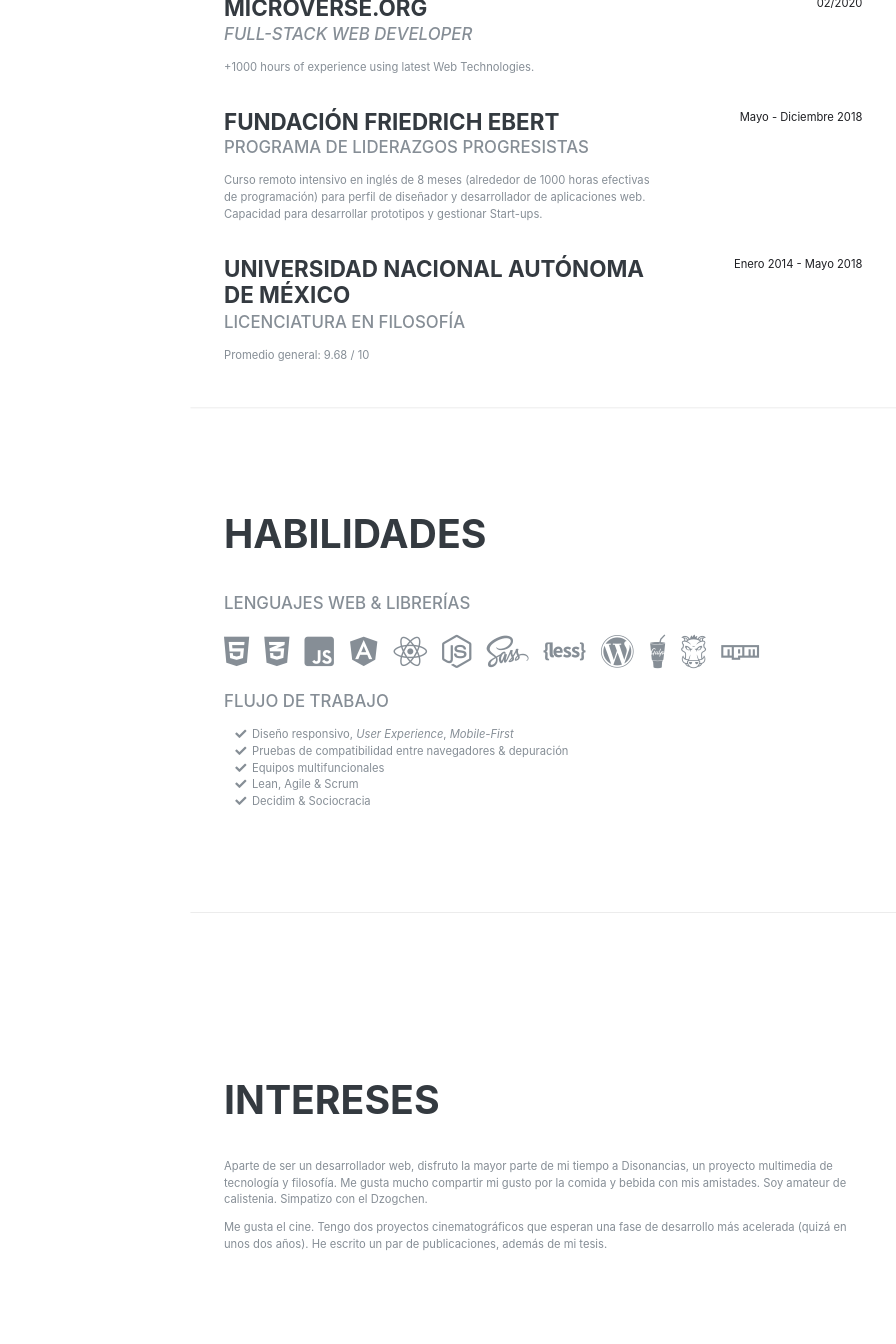
Repository: angel-mora/about-me
Page: en-index.html
The author's editor kept a copy of each file at every save. The page is drawn from the files as they stood at one save, then again after the next save.
The browser window is 1280 px wide. The pictures show the part of the page from y = 1613 to 3533 px (the page is 4358 px tall before and 4334 px after), at 70% of full size.
Some web fonts or font styles are not loaded; a fallback is used.

Above is the page before, as saved 2020-06-30 18:54:32.

### en-index.html
<!DOCTYPE html>
<html lang="es">

<head>

    <meta charset="utf-8">
    <meta name="viewport" content="width=device-width, initial-scale=1, shrink-to-fit=no">
    <meta name="description" content="">
    <meta name="author" content="">

    <title>Angel Moma</title>

    <!-- Bootstrap core CSS -->
    <link href="vendor/bootstrap/css/bootstrap.min.css" rel="stylesheet">

    <!-- Custom fonts for this template -->
    <link href="https://fonts.googleapis.com/css?family=Saira+Extra+Condensed:500,700" rel="stylesheet">
    <link href="https://fonts.googleapis.com/css?family=Muli:400,400i,800,800i" rel="stylesheet">
    <link href="vendor/fontawesome-free/css/all.min.css" rel="stylesheet">

    <!-- Custom styles for this template -->
    <link href="css/resume.min.css" rel="stylesheet">

</head>

<body id="page-top">

    <nav class="navbar navbar-expand-lg navbar-dark bg-primary fixed-top" id="sideNav">
        <a class="navbar-brand js-scroll-trigger" href="#page-top">
            <span class="d-block d-lg-none">ABOUT ME</span>
            <span class="d-none d-lg-block">
                <img class="img-fluid img-profile rounded-circle mx-auto mb-2" src="img/profile.jpg" alt="">
            </span>
        </a>
        <button class="navbar-toggler" type="button" data-toggle="collapse" data-target="#navbarSupportedContent" aria-controls="navbarSupportedContent" aria-expanded="false" aria-label="Toggle navigation">
            <span class="navbar-toggler-icon"></span>
        </button>
        <div class="collapse navbar-collapse" id="navbarSupportedContent">
            <ul class="navbar-nav">
                <li class="nav-item">
                    <a class="nav-link js-scroll-trigger" href="#about">About me</a>
                </li>
                <li class="nav-item">
                    <a class="nav-link js-scroll-trigger" href="#experience">Professional experience</a>
                </li>
                <li class="nav-item">
                    <a class="nav-link js-scroll-trigger" href="#education">Education</a>
                </li>
                <li class="nav-item">
                    <a class="nav-link js-scroll-trigger" href="#skills">Skills</a>
                </li>
                <li class="nav-item">
                    <a class="nav-link js-scroll-trigger" href="#interests">Interests</a>
                </li>
                <li class="nav-item">
                    <a class="nav-link js-scroll-trigger" href="#awards">Awards</a>
                </li>
                <li class="nav-item">
                    <a class="nav-link js-scroll-trigger font-italic" href="es-index.html">Español</a>
                </li>
            </ul>
        </div>
    </nav>

    <div class="container-fluid p-0">

        <section class="resume-section p-3 p-lg-5 d-flex align-items-center" id="about">
            <div class="w-100">
                <h1 class="mb-0">Angel
                    <span class="text-primary">Mora</span>
                </h1>
                <div class="subheading mb-5">Full Stack Web Developer · Data Analysis · Civic Tech
                    <a href="mailto:angelmomaa@gmail.com">angelmomaa@gmail.com</a>
                </div>
                <p class="lead mb-5">Project Management using Agile and Scrum
                    <br>Political Consultant
                    <br>Data Visualization
                    <br>Discourse Analysis
                    <br>Progressive Leadership
                    <br>Imagining futures at Disonances
                    <!-- añadir algo de coaching profesional y psicológico-->
                </p>
                <div class="social-icons">
                    <a href="https://www.linkedin.com/in/angelmoram/">
                        <i class="fab fa-linkedin-in"></i>
                    </a>
                    <a href="https://github.com/angel-mora">
                        <i class="fab fa-github"></i>
                    </a>
                </div>
            </div>
        </section>

        <hr class="m-0">

        <section class="resume-section p-3 p-lg-5 d-flex justify-content-center" id="experience">
            <div class="w-100">
                <h2 class="mb-5">Professional Experience</h2>

                <div class="resume-item d-flex flex-column flex-md-row justify-content-between mb-5">
                    <div class="resume-content">
                        <h3 class="mb-0">Data Analyst</h3>
                        <div class="subheading mb-3">Seguridad y Protección Bancarias</div>
                        <p>Produced a map to analyze Crime inside Mexico using Leaflet.js.</p>
                    </div>
                    <div class="resume-date text-md-right">
                        <span class="text-primary">10/2019 - 02/2020</span>
                    </div>
                </div>

            </div>

        </section>

        <hr class="m-0">

        <section class="resume-section p-3 p-lg-5 d-flex align-items-center" id="education">
            <div class="w-100">
                <h2 class="mb-5">Education</h2>

                <div class="resume-item d-flex flex-column flex-md-row justify-content-between mb-5">
                    <div class="resume-content">
                        <h3 class="mb-0">Microverse.org</h3>
                        <div class="subheading mb-3"><i>Full-stack Web Developer</i></div>
                        <div>+1000 hours of experience using latest Web Technologies.</div>
                    </div>
                    <div class="resume-date text-md-right">
                        <span class="text-primary">02/2020</span>
                    </div>
                </div>

                <div class="resume-item d-flex flex-column flex-md-row justify-content-between mb-5">
                    <div class="resume-content">
                        <h3 class="mb-0">Fundación Friedrich Ebert</h3>
                        <div class="subheading mb-3">Programa de Liderazgos Progresistas</div>
                        <div>Curso remoto intensivo en inglés de 8 meses (alrededor de 1000 horas efectivas de programación) para perfil de diseñador y desarrollador de aplicaciones web.<br>Capacidad para desarrollar prototipos y gestionar Start-ups.
                        </div>
                    </div>
                    <div class="resume-date text-md-right">
                        <span class="text-primary">Mayo - Diciembre 2018</span>
                    </div>
                </div>

                <div class="resume-item d-flex flex-column flex-md-row justify-content-between">
                    <div class="resume-content">
                        <h3 class="mb-0">Universidad Nacional Autónoma de México</h3>
                        <div class="subheading mb-3">Licenciatura en Filosofía</div>
                        <p>Promedio general: 9.68 / 10</p>
                    </div>
                    <div class="resume-date text-md-right">
                        <span class="text-primary">Enero 2014 - Mayo 2018</span>
                    </div>
                </div>

            </div>
        </section>

        <hr class="m-0">

        <section class="resume-section p-3 p-lg-5 d-flex align-items-center" id="skills">
            <div class="w-100">
                <h2 class="mb-5">Habilidades</h2>

                <div class="subheading mb-3">Lenguajes Web &amp; Librerías</div>
                <!-- add Leaflet, GIS, R Studio, Python -->
                <ul class="list-inline dev-icons">
                    <li class="list-inline-item">
                        <i class="fab fa-html5"></i>
                    </li>
                    <li class="list-inline-item">
                        <i class="fab fa-css3-alt"></i>
                    </li>
                    <li class="list-inline-item">
                        <i class="fab fa-js-square"></i>
                    </li>
                    <li class="list-inline-item">
                        <i class="fab fa-angular"></i>
                    </li>
                    <li class="list-inline-item">
                        <i class="fab fa-react"></i>
                    </li>
                    <li class="list-inline-item">
                        <i class="fab fa-node-js"></i>
                    </li>
                    <li class="list-inline-item">
                        <i class="fab fa-sass"></i>
                    </li>
                    <li class="list-inline-item">
                        <i class="fab fa-less"></i>
                    </li>
                    <li class="list-inline-item">
                        <i class="fab fa-wordpress"></i>
                    </li>
                    <li class="list-inline-item">
                        <i class="fab fa-gulp"></i>
                    </li>
                    <li class="list-inline-item">
                        <i class="fab fa-grunt"></i>
                    </li>
                    <li class="list-inline-item">
                        <i class="fab fa-npm"></i>
                    </li>
                </ul>

                <div class="subheading mb-3">Flujo de Trabajo</div>
                <ul class="fa-ul mb-0">
                    <li>
                        <i class="fa-li fa fa-check"></i> Diseño responsivo, <i>User Experience</i>, <i>Mobile-First</i>
                    </li>
                    <li>
                        <i class="fa-li fa fa-check"></i> Pruebas de compatibilidad entre navegadores &amp; depuración
                    </li>
                    <li>
                        <i class="fa-li fa fa-check"></i> Equipos multifuncionales</li>
                    <li>
                        <i class="fa-li fa fa-check"></i> Lean, Agile &amp; Scrum</li>
                    <li>
                        <i class="fa-li fa fa-check"></i> Decidim &amp; Sociocracia</li>
                </ul>
            </div>
        </section>

        <hr class="m-0">

        <section class="resume-section p-3 p-lg-5 d-flex align-items-center" id="interests">
            <div class="w-100">
                <h2 class="mb-5">Intereses</h2>
                <p>Aparte de ser un desarrollador web, disfruto la mayor parte de mi tiempo a Disonancias, un proyecto multimedia de tecnología y filosofía. Me gusta mucho compartir mi gusto por la comida y bebida con mis amistades. Soy amateur de calistenia.
                    Simpatizo con el Dzogchen.
                </p>
                <p class="mb-0">Me gusta el cine. Tengo dos proyectos cinematográficos que esperan una fase de desarrollo más acelerada (quizá en unos dos años). He escrito un par de publicaciones, además de mi tesis.
                </p>
            </div>
        </section>

        <hr class="m-0">

        <section class="resume-section p-3 p-lg-5 d-flex align-items-center" id="awards">
            <div class="w-100">
                <h2 class="mb-5">Premios &amp; Certificados</h2>
                <ul class="fa-ul mb-0">
                    <li>
                        <i class="fa-li fa fa-trophy text-warning"></i> Google Analytics Certified Developer</li>
                    <li>
                        <i class="fa-li fa fa-trophy text-warning"></i> Mobile Web Specialist - Google Certification
                    </li>
                    <li>
                        <i class="fa-li fa fa-trophy text-warning"></i> 1
                        <sup>st</sup> Place - University of Colorado Boulder - Emerging Tech Competition 2009</li>
                    <li>
                        <i class="fa-li fa fa-trophy text-warning"></i> 1
                        <sup>st</sup> Place - University of Colorado Boulder - Adobe Creative Jam 2008 (UI Design Category)
                    </li>
                    <li>
                        <i class="fa-li fa fa-trophy text-warning"></i> 2
                        <sup>nd</sup> Place - University of Colorado Boulder - Emerging Tech Competition 2008</li>
                    <li>
                        <i class="fa-li fa fa-trophy text-warning"></i> 1
                        <sup>st</sup> Place - James Buchanan High School - Hackathon 2006</li>
                    <li>
                        <i class="fa-li fa fa-trophy text-warning"></i> 3
                        <sup>rd</sup> Place - James Buchanan High School - Hackathon 2005</li>
                </ul>
            </div>
        </section>

    </div>

    <!-- Bootstrap core JavaScript -->
    <script src="vendor/jquery/jquery.min.js"></script>
    <script src="vendor/bootstrap/js/bootstrap.bundle.min.js"></script>

    <!-- Plugin JavaScript -->
    <script src="vendor/jquery-easing/jquery.easing.min.js"></script>

    <!-- Custom scripts for this template -->
    <script src="js/resume.min.js"></script>

</body>

</html>

Loaded but not shown: vendor/bootstrap/css/bootstrap.min.css (library); vendor/fontawesome-free/css/all.min.css (library); css/resume.min.css (library); vendor/jquery/jquery.min.js (library); vendor/bootstrap/js/bootstrap.bundle.min.js (library); vendor/jquery-easing/jquery.easing.min.js (common file); js/resume.min.js (common file)

After the next save:
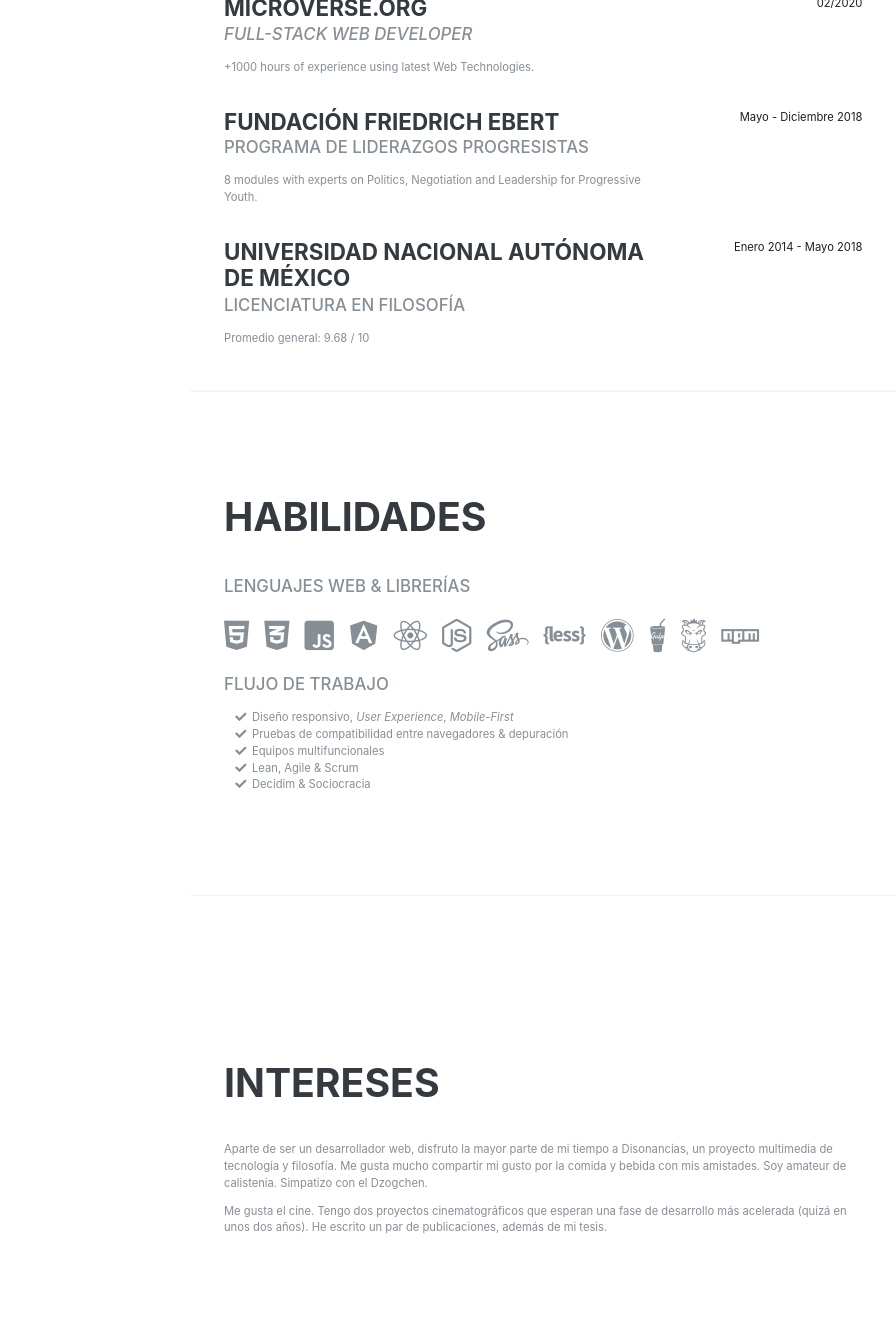
Saved 51 s later.
--- a/en-index.html
+++ b/en-index.html
@@ -133,7 +133,7 @@
                     <div class="resume-content">
                         <h3 class="mb-0">Fundación Friedrich Ebert</h3>
                         <div class="subheading mb-3">Programa de Liderazgos Progresistas</div>
-                        <div>Curso remoto intensivo en inglés de 8 meses (alrededor de 1000 horas efectivas de programación) para perfil de diseñador y desarrollador de aplicaciones web.<br>Capacidad para desarrollar prototipos y gestionar Start-ups.
+                        <div>8 modules with experts on Politics, Negotiation and Leadership for Progressive Youth.
                         </div>
                     </div>
                     <div class="resume-date text-md-right">
